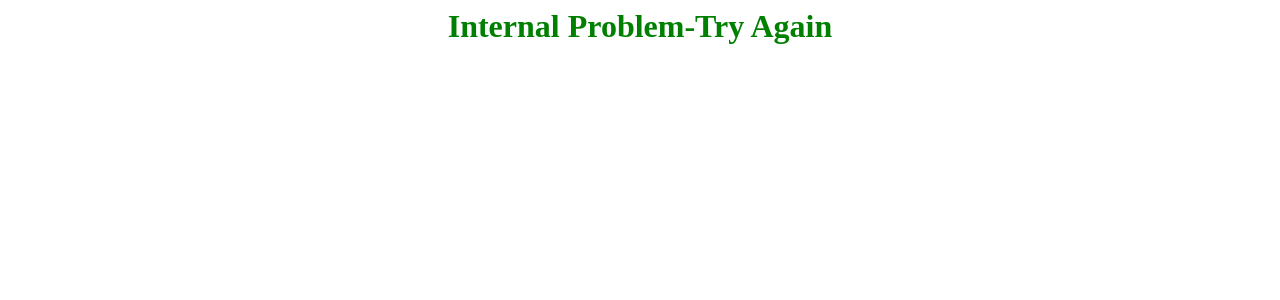
Repository: MDWASIMHAIDER/SpringMvc
Page: http://localhost/MVC-Proj-1st-FrontController-Handler/error.jsp
These files come from the project's save history. The page is drawn as it stood at one moment and after the next save; the edit follows.
The browser window is 1280 px wide. The pictures show the whole page.
The page is served by Tomcat 9.

Above is the page before, as saved 2019-06-30 12:43:21.

After the next save:
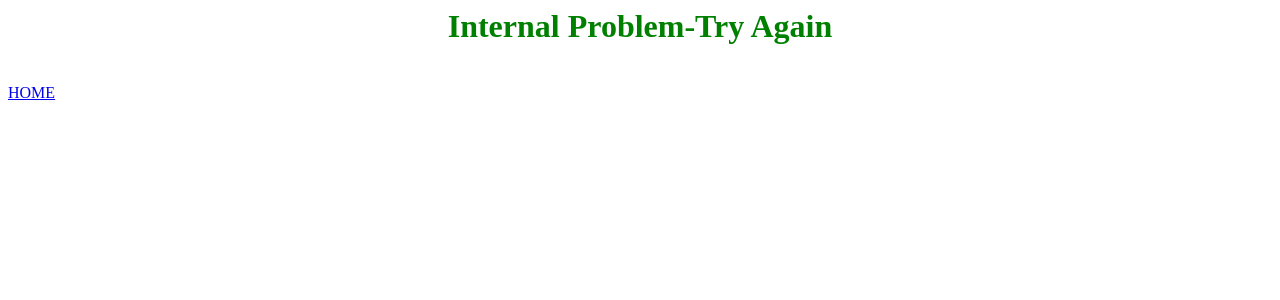
Saved 37 s later.
--- a/Ntsp711/MVC-Proj-1st-FrontController-Handler/WebContent/error.jsp
+++ b/Ntsp711/MVC-Proj-1st-FrontController-Handler/WebContent/error.jsp
@@ -1,3 +1,5 @@
 <%@ page language="java" contentType="text/html; charset=ISO-8859-1"
 	pageEncoding="ISO-8859-1" isELIgnored="false"%>
 	<h1 style="color:green;text-align:center">Internal Problem-Try Again</h1>
+	<br>
+	<a href="index.html">HOME</a>
